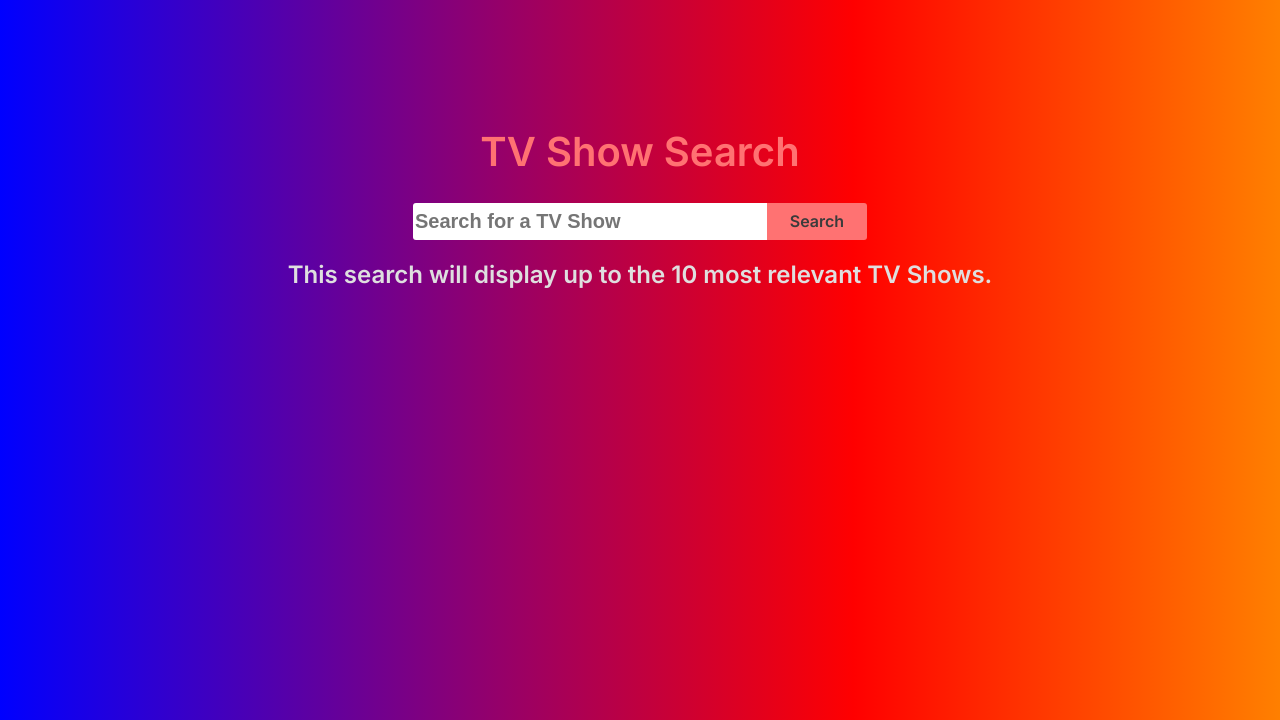
Repository: shayanabedi98/tv-search-react
Page: /
The author's editor kept a copy of each file at every save. The page is drawn from the files as they stood at one save, then again after the next save.
The browser window is 1280 px wide. The pictures show the whole page.
The project was rebuilt for these pictures with package versions that can differ from the ones it lists, and the page was loaded fresh each time. Also part of the build but not shown: vite.config.js.

Above is the page before, as saved 2024-01-09 15:32:14.

After the next save:
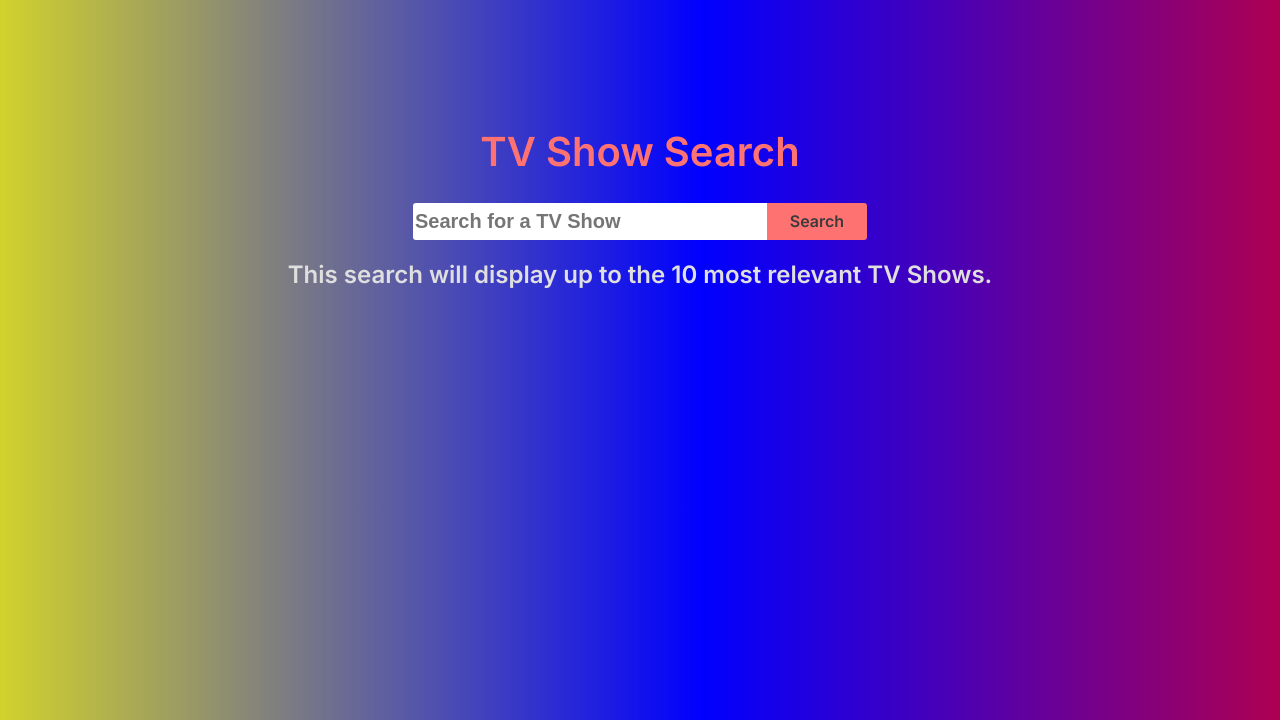
Saved 19 s later.
--- a/src/index.css
+++ b/src/index.css
@@ -13,7 +13,7 @@ body {
   width: 100%;
   background: linear-gradient(to right, blue, red, yellow, blue); /* Loop back to the start color */
   background-size: 200% 100%;
-  animation: moveBackground 10s linear infinite;
+  animation: move-bg 10s linear infinite;
 }
 
 .search {
